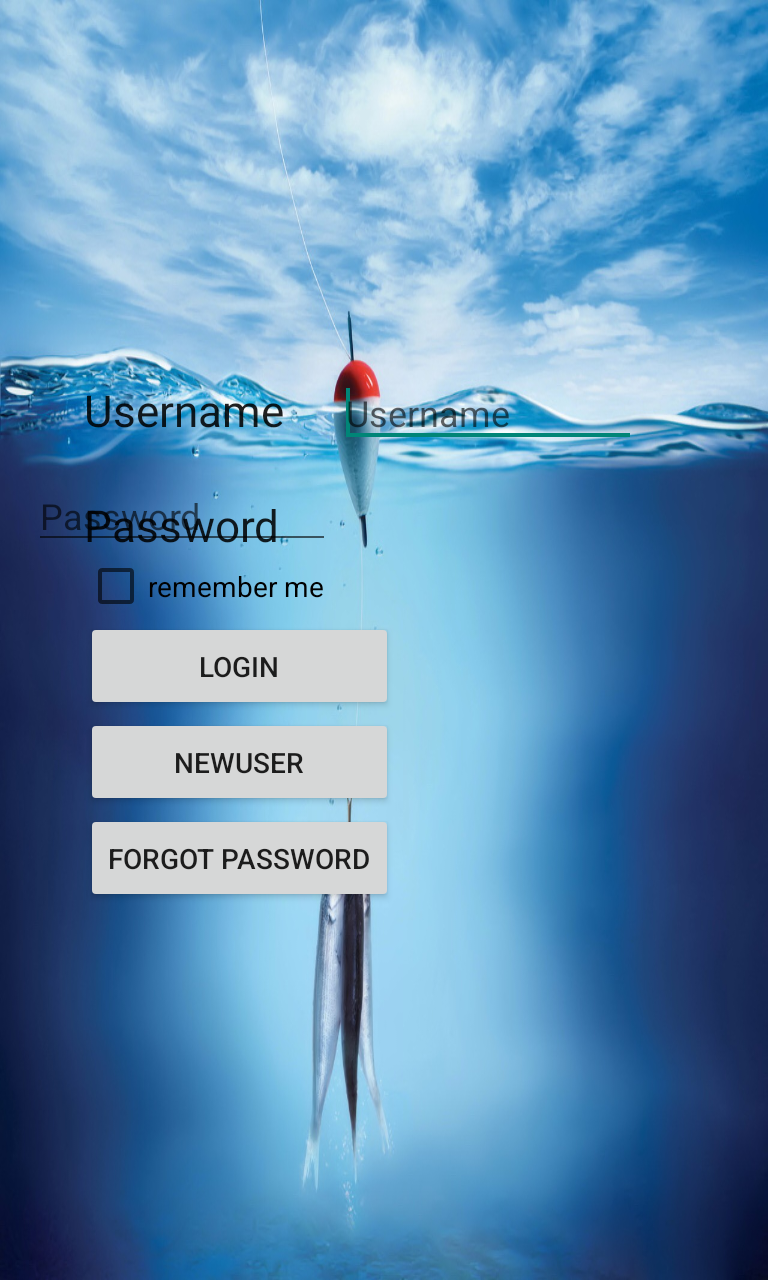
Repository: zerox2012/Fall2014Android
Layout: FishingBuddy/res/layout/activity_login.xml
These files come from the project's save history. The layout is drawn as it stood at one moment and after the next save; the edit follows.
It is drawn on a 768 x 1280 px phone screen (xhdpi) without system bars, with theme AppTheme; the app's code is not run.

Above is the layout before, as saved 2014-10-20 20:04:29.

After the next save:
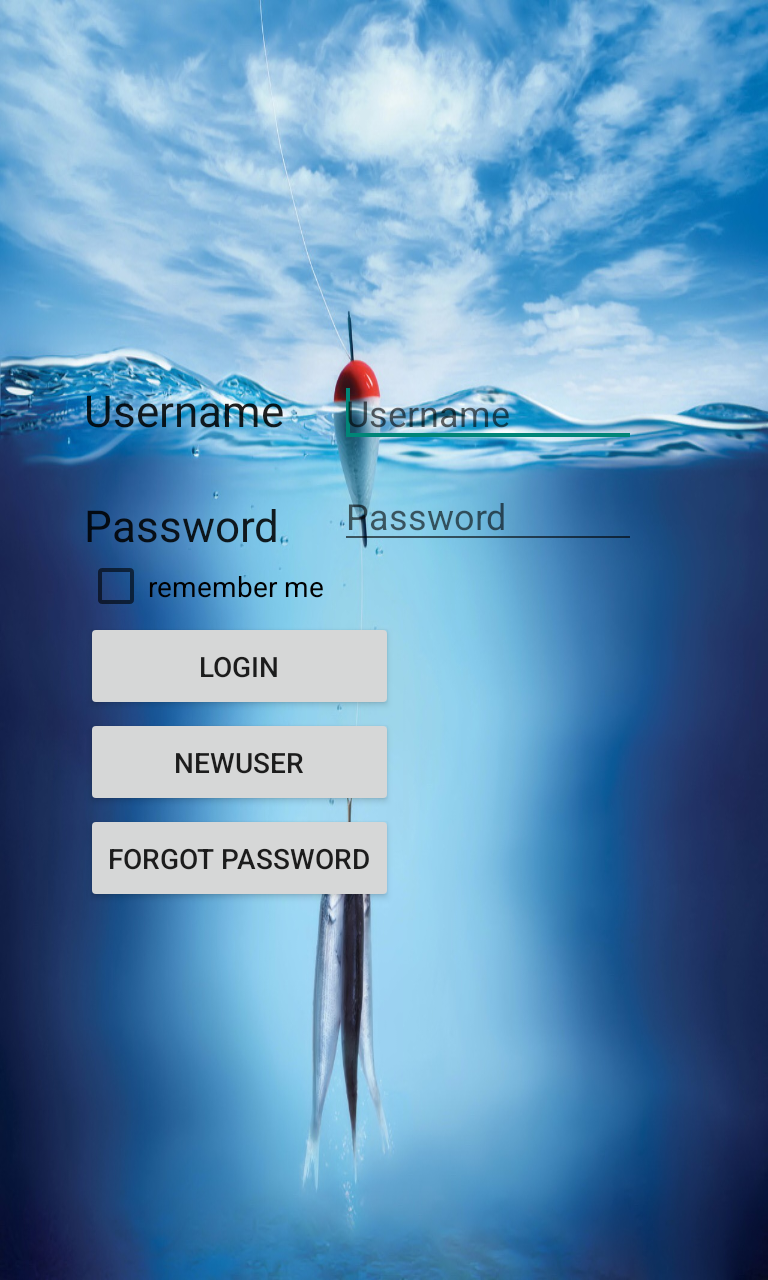
Saved 6 s later.
--- a/FishingBuddy/res/layout/activity_login.xml
+++ b/FishingBuddy/res/layout/activity_login.xml
@@ -39,7 +39,7 @@
         android:layout_width="150dp"
         android:layout_height="wrap_content"
         android:layout_alignBottom="@+id/textView2"
-        android:layout_alignLeft="@+id/input_username"
+        android:layout_alignLeft="@+id/username"
         android:ems="10"
         android:hint="@string/password"
         android:inputType="textPassword" />
